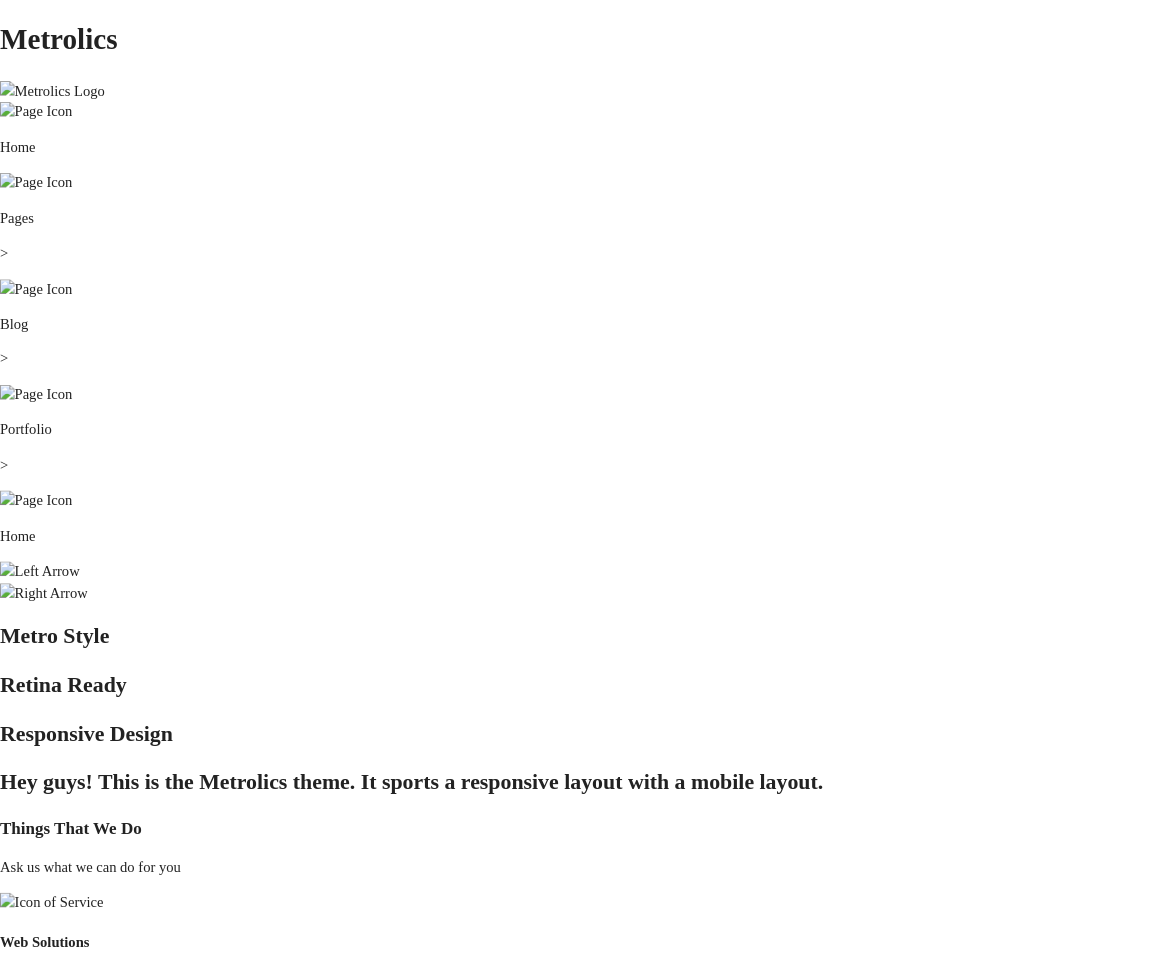
Repository: wilyyy/metrolics
Page: index.html
An editor plug-in stored every save of this project. The page is shown before and after the next save, followed by the edit.
The browser window is 1280 px wide. The pictures show the whole page, at 91% of full size.

Above is the page before, as saved 2021-01-26 23:23:44.

### index.html
<!doctype html>
<html class="no-js" lang="">

<head>
  <meta charset="utf-8">
  <title>Home - Metrolics</title>
  <meta name="description" content="">
  <meta name="viewport" content="width=device-width, initial-scale=1">

  <meta property="og:title" content="">
  <meta property="og:type" content="">
  <meta property="og:url" content="">
  <meta property="og:image" content="">

  <link rel="manifest" href="site.webmanifest">
  <link rel="apple-touch-icon" href="icon.png">
  <!-- Place favicon.ico in the root directory -->

  <link rel="stylesheet" href="css/normalize.css">
  <link rel="stylesheet" href="css/main.css">

  <meta name="theme-color" content="#fafafa">
</head>

<body>

  <nav>
    <div class="logo">
      <h1 class="logo">Metrolics</h1>
      <img src="" alt="Metrolics Logo">
    </div>

    <div class="pages-container">
      <div class="page-button home">
        <img src="" alt="Page Icon" class="page-button-icon">
        <div>
          <p>Home</p>
        </div>
      </div>
      <div class="page-button pages">
        <img src="" alt="Page Icon" class="page-button-icon">
        <div>
          <p>Pages</p>
          <p>></p>
        </div>
      </div>
      <div class="page-button blog">
        <img src="" alt="Page Icon" class="page-button-icon">
        <div>
          <p>Blog</p>
          <p>></p>
        </div>
      </div>
      <div class="page-button portfolio">
        <img src="" alt="Page Icon" class="page-button-icon">
        <div>
          <p>Portfolio</p>
          <p>></p>
        </div>
      </div>
      <div class="page-button home-darkblue">
        <img src="" alt="Page Icon" class="page-button-icon">
        <div>
          <p>Home</p>
        </div>
      </div>
    </div>
  </nav>


  <header>
    <div class="column"></div>

    <div class="hero-image">
      <div class="arrow-containers">
        <div class="arrows">
          <img src="" alt="Left Arrow">
        </div>
        <div class="arrows">
          <img src="" alt="Right Arrow">
        </div>
      </div>
      <div class="header-info">
        <div class="header-info-container">
          <div class="header-info-indicator indicator-blue"></div>
          <h2>Metro Style</h2>
        </div>
        <div class="header-info-container">
          <div class="header-info-indicator indicator-salmon"></div>
          <h2>Retina Ready</h2>
        </div>
        <div class="header-info-container">
          <div class="header-info-indicator indicator-yellow"></div>
          <h2>Responsive Design</h2>
        </div>
      </div>
    </div>

    <div class="column"></div>
  </header>


  <main>
    <h2>Hey guys! This is the Metrolics theme.
      It sports a responsive layout with a mobile layout.
    </h2>

    <div class="services-container">
      <div>
        <h3>Things That We Do</h3>
        <p>Ask us what we can do for you</p>
      </div>
      <div class="specific-services">
        <div class="service">
          <img src="" alt="Icon of Service">
          <h4>Web Solutions</h4>
        </div>
      </div>
    </div>
  </main>


  <footer></footer>


  <script src="js/vendor/modernizr-3.11.2.min.js"></script>
  <script src="js/plugins.js"></script>
  <script src="js/main.js"></script>

  <!-- Google Analytics: change UA-XXXXX-Y to be your site's ID. -->
  <script>
    window.ga = function () { ga.q.push(arguments) }; ga.q = []; ga.l = +new Date;
    ga('create', 'UA-XXXXX-Y', 'auto'); ga('set', 'anonymizeIp', true); ga('set', 'transport', 'beacon'); ga('send', 'pageview')
  </script>
  <script src="https://www.google-analytics.com/analytics.js" async></script>
</body>

</html>

### css/main.css
/*! HTML5 Boilerplate v8.0.0 | MIT License | https://html5boilerplate.com/ */

/* main.css 2.1.0 | MIT License | https://github.com/h5bp/main.css#readme */
/*
 * What follows is the result of much research on cross-browser styling.
 * Credit left inline and big thanks to Nicolas Gallagher, Jonathan Neal,
 * Kroc Camen, and the H5BP dev community and team.
 */

/* ==========================================================================
   Base styles: opinionated defaults
   ========================================================================== */

html {
  color: #222;
  font-size: 1em;
  line-height: 1.4;
}

/*
 * Remove text-shadow in selection highlight:
 * https://twitter.com/miketaylr/status/12228805301
 *
 * Vendor-prefixed and regular ::selection selectors cannot be combined:
 * https://stackoverflow.com/a/16982510/7133471
 *
 * Customize the background color to match your design.
 */

::-moz-selection {
  background: #b3d4fc;
  text-shadow: none;
}

::selection {
  background: #b3d4fc;
  text-shadow: none;
}

/*
 * A better looking default horizontal rule
 */

hr {
  display: block;
  height: 1px;
  border: 0;
  border-top: 1px solid #ccc;
  margin: 1em 0;
  padding: 0;
}

/*
 * Remove the gap between audio, canvas, iframes,
 * images, videos and the bottom of their containers:
 * https://github.com/h5bp/html5-boilerplate/issues/440
 */

audio,
canvas,
iframe,
img,
svg,
video {
  vertical-align: middle;
}

/*
 * Remove default fieldset styles.
 */

fieldset {
  border: 0;
  margin: 0;
  padding: 0;
}

/*
 * Allow only vertical resizing of textareas.
 */

textarea {
  resize: vertical;
}

/* ==========================================================================
   Author's custom styles
   ========================================================================== */

/* ==========================================================================
   Helper classes
   ========================================================================== */

/*
 * Hide visually and from screen readers
 */

.hidden,
[hidden] {
  display: none !important;
}

/*
 * Hide only visually, but have it available for screen readers:
 * https://snook.ca/archives/html_and_css/hiding-content-for-accessibility
 *
 * 1. For long content, line feeds are not interpreted as spaces and small width
 *    causes content to wrap 1 word per line:
 *    https://medium.com/@jessebeach/beware-smushed-off-screen-accessible-text-5952a4c2cbfe
 */

.sr-only {
  border: 0;
  clip: rect(0, 0, 0, 0);
  height: 1px;
  margin: -1px;
  overflow: hidden;
  padding: 0;
  position: absolute;
  white-space: nowrap;
  width: 1px;
  /* 1 */
}

/*
 * Extends the .sr-only class to allow the element
 * to be focusable when navigated to via the keyboard:
 * https://www.drupal.org/node/897638
 */

.sr-only.focusable:active,
.sr-only.focusable:focus {
  clip: auto;
  height: auto;
  margin: 0;
  overflow: visible;
  position: static;
  white-space: inherit;
  width: auto;
}

/*
 * Hide visually and from screen readers, but maintain layout
 */

.invisible {
  visibility: hidden;
}

/*
 * Clearfix: contain floats
 *
 * For modern browsers
 * 1. The space content is one way to avoid an Opera bug when the
 *    `contenteditable` attribute is included anywhere else in the document.
 *    Otherwise it causes space to appear at the top and bottom of elements
 *    that receive the `clearfix` class.
 * 2. The use of `table` rather than `block` is only necessary if using
 *    `:before` to contain the top-margins of child elements.
 */

.clearfix::before,
.clearfix::after {
  content: " ";
  display: table;
}

.clearfix::after {
  clear: both;
}

/* ==========================================================================
   EXAMPLE Media Queries for Responsive Design.
   These examples override the primary ('mobile first') styles.
   Modify as content requires.
   ========================================================================== */

@media only screen and (min-width: 35em) {
  /* Style adjustments for viewports that meet the condition */
}

@media print,
  (-webkit-min-device-pixel-ratio: 1.25),
  (min-resolution: 1.25dppx),
  (min-resolution: 120dpi) {
  /* Style adjustments for high resolution devices */
}

/* ==========================================================================
   Print styles.
   Inlined to avoid the additional HTTP request:
   https://www.phpied.com/delay-loading-your-print-css/
   ========================================================================== */

@media print {
  *,
  *::before,
  *::after {
    background: #fff !important;
    color: #000 !important;
    /* Black prints faster */
    box-shadow: none !important;
    text-shadow: none !important;
  }

  a,
  a:visited {
    text-decoration: underline;
  }

  a[href]::after {
    content: " (" attr(href) ")";
  }

  abbr[title]::after {
    content: " (" attr(title) ")";
  }

  /*
   * Don't show links that are fragment identifiers,
   * or use the `javascript:` pseudo protocol
   */
  a[href^="#"]::after,
  a[href^="javascript:"]::after {
    content: "";
  }

  pre {
    white-space: pre-wrap !important;
  }

  pre,
  blockquote {
    border: 1px solid #999;
    page-break-inside: avoid;
  }

  /*
   * Printing Tables:
   * https://web.archive.org/web/20180815150934/http://css-discuss.incutio.com/wiki/Printing_Tables
   */
  thead {
    display: table-header-group;
  }

  tr,
  img {
    page-break-inside: avoid;
  }

  p,
  h2,
  h3 {
    orphans: 3;
    widows: 3;
  }

  h2,
  h3 {
    page-break-after: avoid;
  }
}

### js/plugins.js
// Avoid `console` errors in browsers that lack a console.
(function() {
  var method;
  var noop = function () {};
  var methods = [
    'assert', 'clear', 'count', 'debug', 'dir', 'dirxml', 'error',
    'exception', 'group', 'groupCollapsed', 'groupEnd', 'info', 'log',
    'markTimeline', 'profile', 'profileEnd', 'table', 'time', 'timeEnd',
    'timeline', 'timelineEnd', 'timeStamp', 'trace', 'warn'
  ];
  var length = methods.length;
  var console = (window.console = window.console || {});

  while (length--) {
    method = methods[length];

    // Only stub undefined methods.
    if (!console[method]) {
      console[method] = noop;
    }
  }
}());

// Place any jQuery/helper plugins in here.

Loaded but not shown: css/normalize.css (library); js/vendor/modernizr-3.11.2.min.js (library); js/main.js (no stored copy; drawn as an empty file)

After the next save:
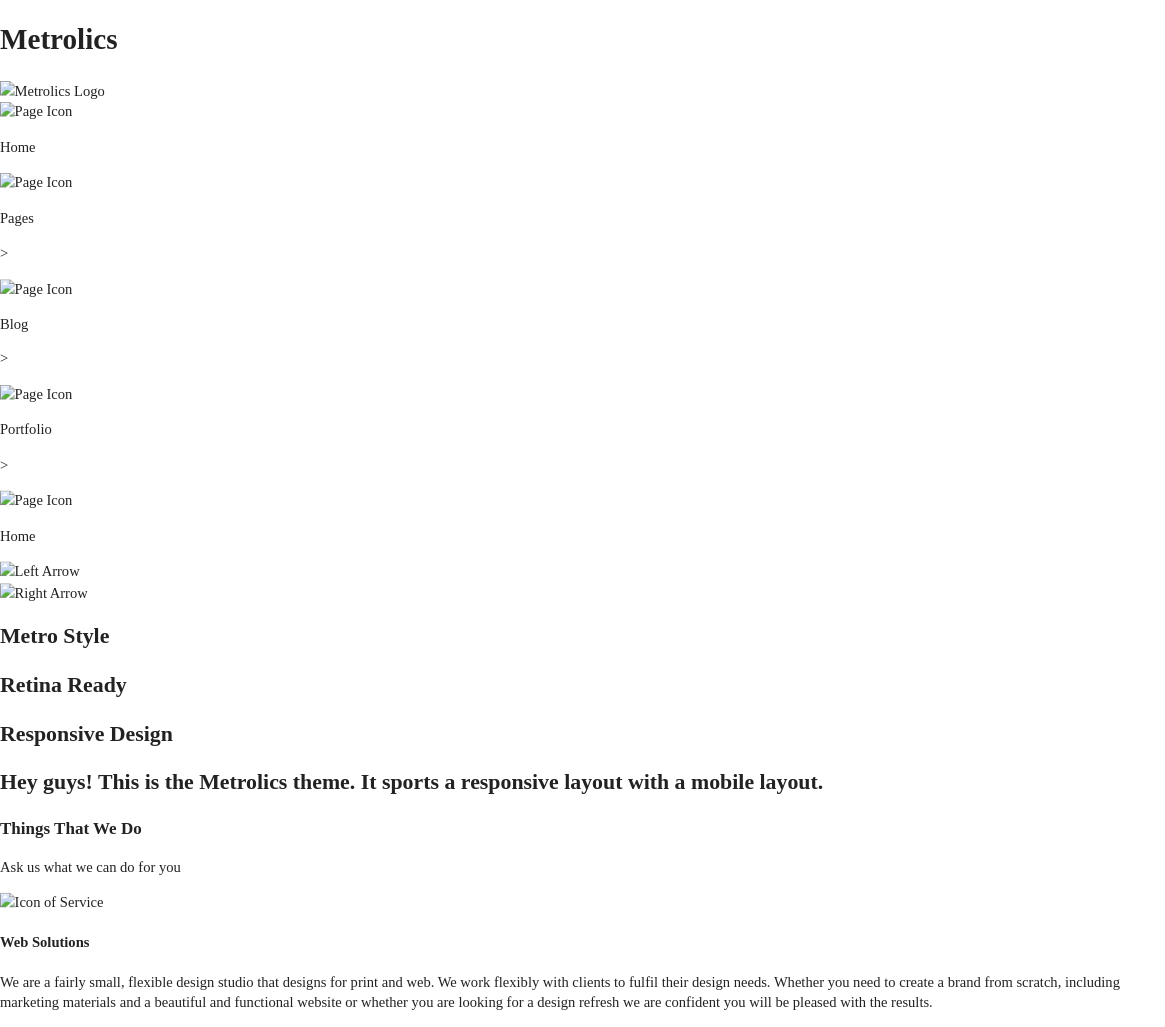
Saved 12 s later.
--- a/index.html
+++ b/index.html
@@ -114,6 +114,7 @@
         <div class="service">
           <img src="" alt="Icon of Service">
           <h4>Web Solutions</h4>
+          <p>We are a fairly small, flexible design studio that designs for print and web. We work flexibly with clients to fulfil their design needs. Whether you need to create a brand from scratch, including marketing materials and a beautiful and functional website or whether you are looking for a design refresh we are confident you will be pleased with the results.</p>
         </div>
       </div>
     </div>
